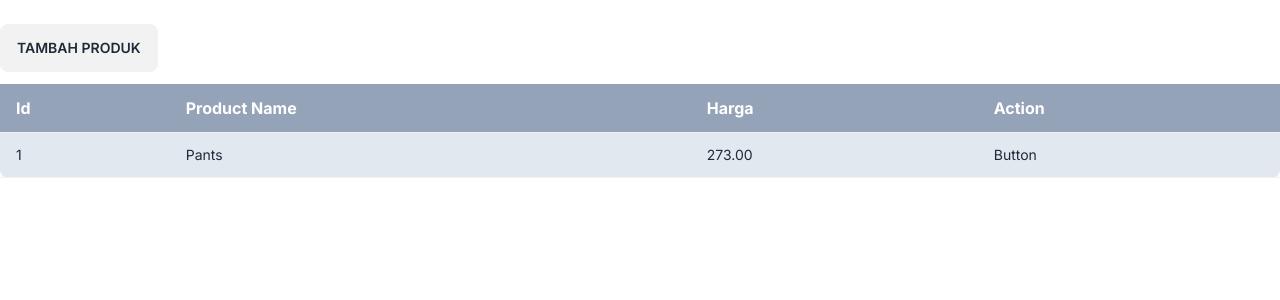
Repository: KilluaProject/Database-item
Page: /
The author's editor kept a copy of each file at every save. The page is drawn from the files as they stood at one save, then again after a run of saves.
The browser window is 1280 px wide. The pictures show the whole page.
The project was rebuilt for these pictures with package versions that can differ from the ones it lists, and the page was loaded fresh each time. The framework's server and built-in components were replaced by stand-ins that run in the browser. Requests to the local data server were answered from the project's data file. Also part of the build but not shown: next.config.js.

Above is the page before, as saved 2023-07-08 16:05:33.

After the next 2 saves:
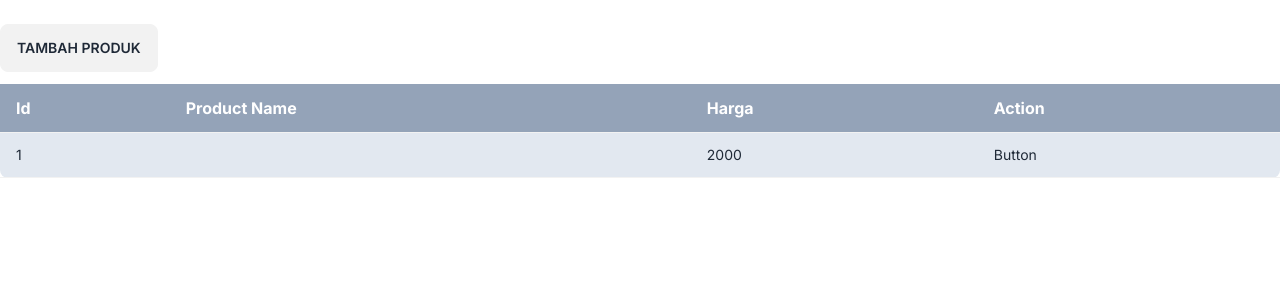
The 2 saves are shown as one change because they came seconds apart.
The last was saved 101 s later.
--- a/db.json
+++ b/db.json
@@ -2,9 +2,10 @@
     "products" : [
 
         {
-            "name": "Pants",
-            "harga": "273.00",
-            "id": "1"
+           "id" : 1,
+           "title" : "Sampoerna",
+           "harga" : 2000
+
         }
     ]
 }
